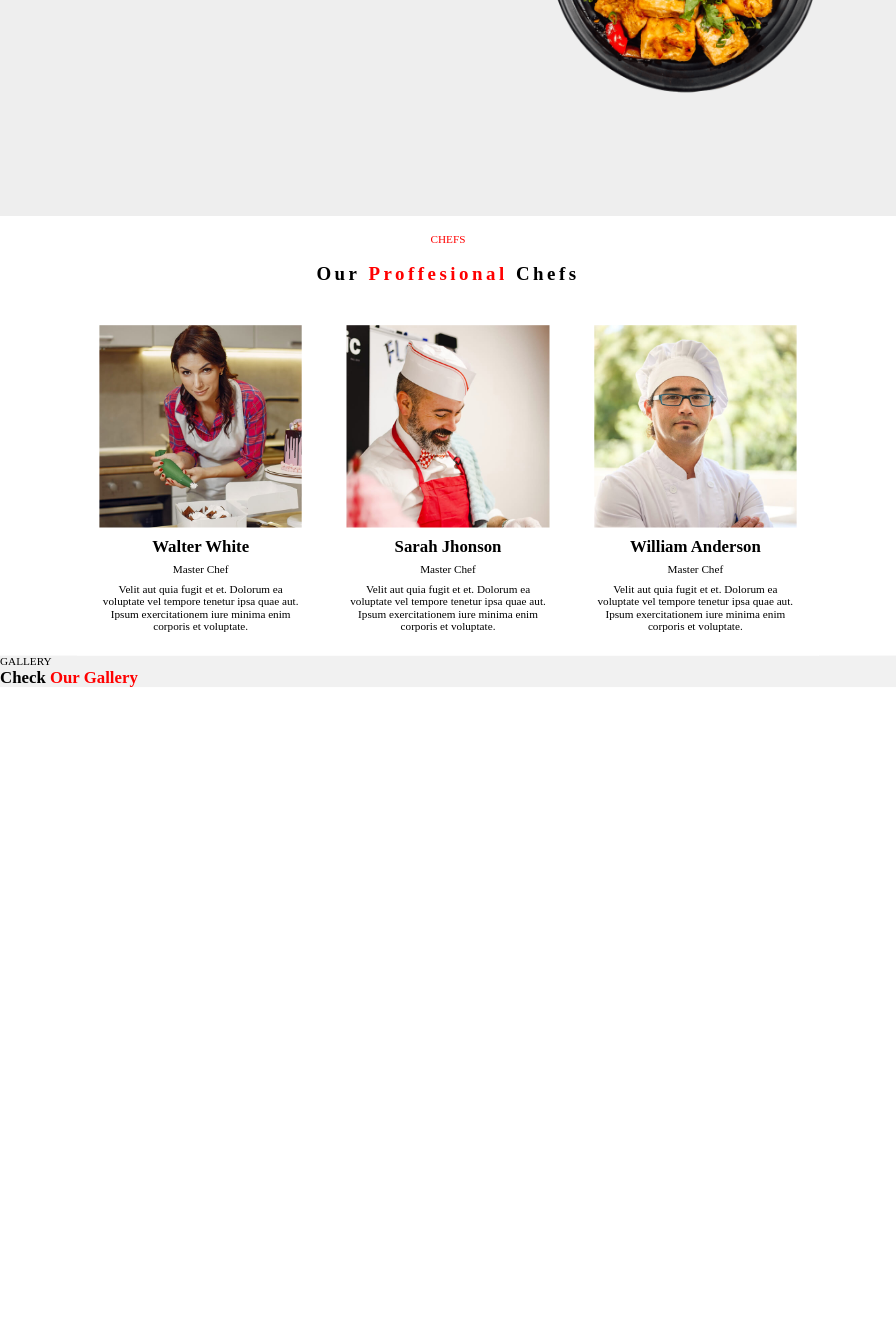
Repository: Ahmedalid/New-project
Page: Rout/index.html
The author's editor kept a copy of each file at every save. The page is drawn from the files as they stood at one save, then again after the next save.
The browser window is 1280 px wide. The pictures show the part of the page from y = 491 to 2411 px (the page is 5000 px tall), at 70% of full size.

Above is the page before, as saved 2023-06-08 11:30:54.

After the next save:
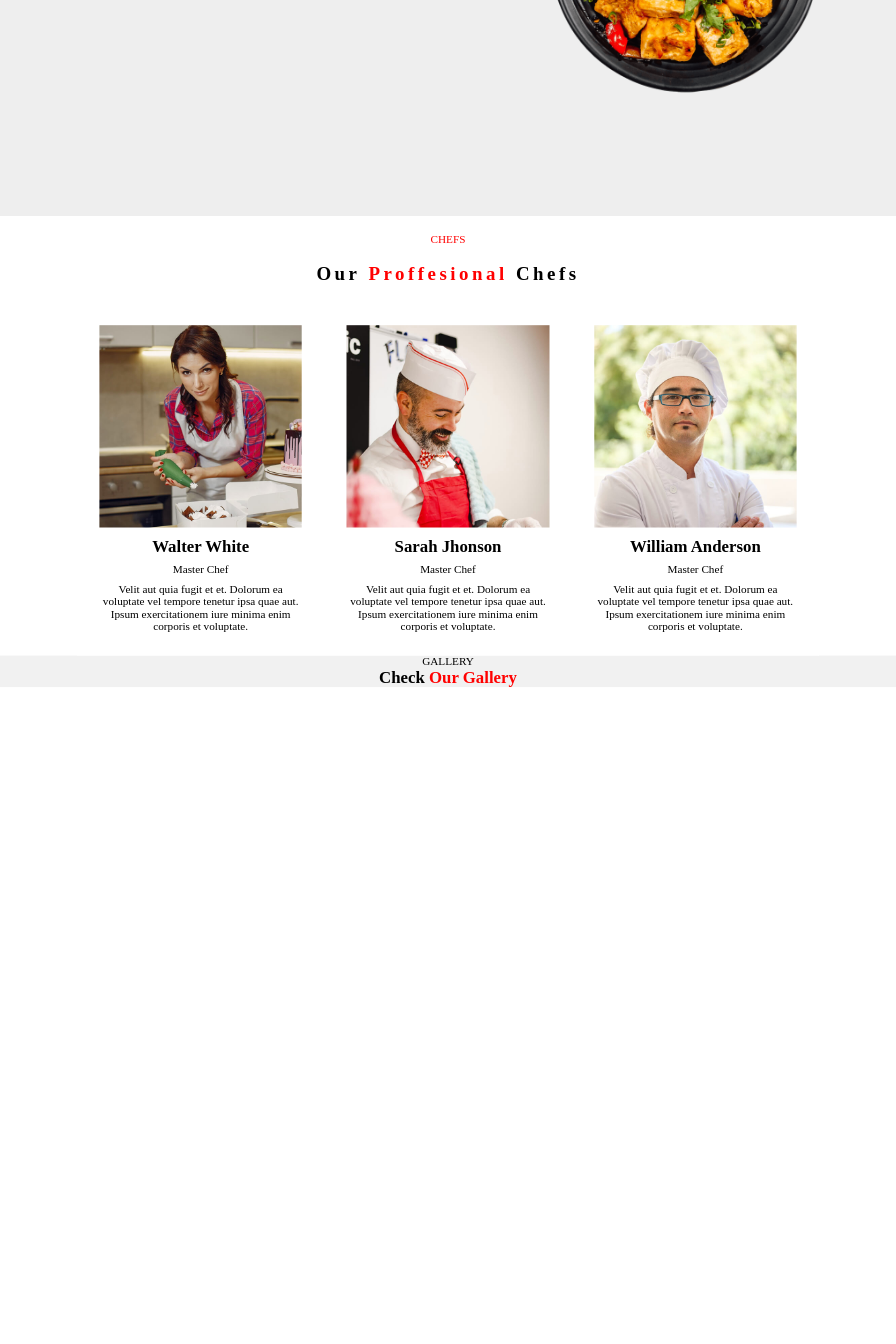
Saved 11 s later.
--- a/Rout/index.html
+++ b/Rout/index.html
@@ -112,8 +112,10 @@
     </section>
     <section>
         <div class="GALLERY">
+          <div class="text-center">
             <p>GALLERY</p>
             <h2>Check  <span class="text-color">Our Gallery</span> </h2>
+          </div>
         </div>
     </section>
 </body>
